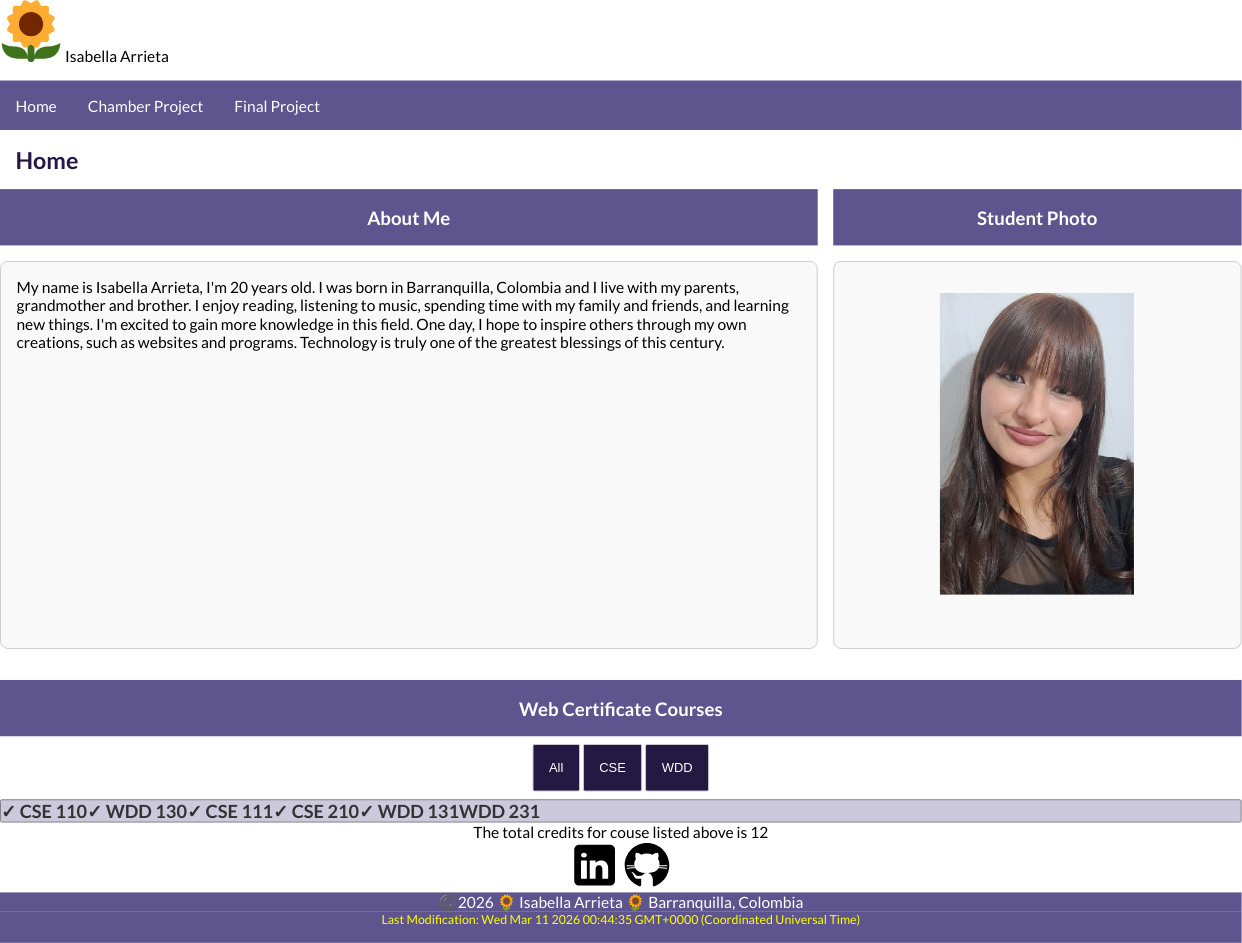
Repository: isaAJ05/wdd231
Page: index.html
These files come from the project's save history. The page is drawn as it stood at one moment and after the next save; the edit follows.
The browser window is 1280 px wide. The pictures show the whole page, at 97% of full size.
Some web fonts or font styles are not loaded; a fallback is used.

Above is the page before, as saved 2026-03-11 01:03:36.

### index.html
<!DOCTYPE html>
<html lang="en">
<head>
    <meta charset="UTF-8">
    <meta name="viewport" content="width=device-width, initial-scale=1.0">
    <title>WDD 231 – Web Frontend Development I – Isabella Arrieta</title>
    <meta name="description" content="WDD 231 – Web Frontend Development I Isabella Arrieta, This is a page about me">
    <meta name="author" content="Isabella Arrieta">
    <link rel="stylesheet" href="styles/normalize.css">
    <link rel="preconnect" href="https://fonts.googleapis.com">
    <link rel="preconnect" href="https://fonts.gstatic.com" crossorigin>
    <link href="https://fonts.googleapis.com/css2?family=Lato:ital,wght@0,100;0,300;0,400;0,700;0,900;1,100;1,300;1,400;1,700;1,900&family=Open+Sans:ital,wght@0,300..800;1,300..800&family=Play:wght@400;700&family=Raleway:ital,wght@0,100..900;1,100..900&display=swap" rel="stylesheet">
    <script src="scripts/getdates.js" defer></script>
    <script src="scripts/hamburguer.js" defer></script>
    <script src="scripts/courses.js" defer></script>
</head>
<body>
    <header>
        <div class="title">
            <img src="images/sunflower-svgrepo-com.svg" alt="Isabella Arrieta logo">
            <span>Isabella Arrieta</span>
        </div>
        <button id="menu" aria-label="Open menu"></button>
        <nav>
            <ul class="navigation">
			<li><a href="index.html">Home</a></li>
			<li><a href="#" class="chamber">Chamber Project</a></li>
			<li><a href="#" class="final">Final Project</a></li>
		</ul>
        </nav>
    </header>
    <main>
        <h1>Home</h1>
        <section>
         <div class="rectangle">
            <h2>About Me</h2>
            </div>
        <div class="card">
            <p>My name is Isabella Arrieta, I'm 20 years old. I was born in Barranquilla, Colombia and I live with my parents, grandmother and brother. I enjoy reading, listening to music, spending time with my family and friends, and learning new things. I'm excited to gain more knowledge in this field. One day, I hope to inspire others through my own creations, such as websites and programs. Technology is truly one of the greatest blessings of this century.</p>
        </div>
        </section>
        <section>
            <div class="rectangle">
                <h2>Student Photo</h2>
            </div>
            <div class="card">
                <img src="images/isa.jpg" alt="Isabella Arrieta picture">
            </div>
        </section>
        <section>
            <div class="rectangle">
                <h2>Web Certificate Courses</h2>
            </div>
            <div class="course-buttons">
                <button id="all">All</button>
                <button id="cse">CSE</button>
                <button id="wdd">WDD</button>
            </div>
            <div id="courses"></div>
            <p>The total credits for couse listed above is <span id="totalCredits"></span></p>

        </section>
    </main>
    <footer>
        <div class ="icons">
                <a href="https://www.linkedin.com/in/isabella-arrieta/" target="_blank"><img src="images/icons8-linkedin.svg" alt="LinkedIn icon"></a>
                <a href="https://github.com/isaaj05" target="_blank"><img src="images/icons8-github.svg" alt="GitHub icon"></a>
        </div>
        <p>
            ©️<span id="currentyear"></span> 🌻 Isabella Arrieta 🌻 Barranquilla, Colombia
        </p>
        <p class="last-modified">
            <span id="lastModified"></span>
        </p>
    </footer>

</body>
</html>

### styles/normalize.css
:root {
    --primary-color: #231942;
    --secondary-color: #5e548e;
    --font: "Lato", sans-serif;
}
* {
	margin: 0;
	padding: 0;
	box-sizing: border-box;
}
body{
	font-family: var(--font);
}
h1 {
	text-align: left;
	color: var(--primary-color);
	font-size: 1.5rem;
	margin-left: 1rem;
	position: left;
}

h2 {
	font-size: 1.2rem;
	color: #fff;
	text-align: center;
	margin: 1rem;
	}
header {
    position: relative;

}
nav {
	margin: 1rem auto;
}

/* small view navigation */
#menu {
	font-size: 1.5rem;
	border: 0;
	background: none;
	color: #000;
 	position: absolute;
  top: 1rem;
	right: 1rem;
}

#menu::before {
	content: "☰";
}

#menu.open::before {
	content: "✖️";
}

.navigation {
	display: flex;
	flex-direction: column;
	list-style: none;
	background-color: var(--secondary-color);
	color: #fff;
}

.navigation a {
	display: none;
	padding: 1rem;
	text-align: center;
	text-decoration: none;
	color: #fff;
}
.navigation a:hover {
	background-color: #bbb;
	color: #333;
	font-weight: 700;
}

/* when the button is clicked - the open class is toggled (added/removed) */
.open a {
	display: block;
}

.active::before {
	content: "📍";  /* just a wayfinding symbol for the user */
}

.card {
	border: 1px solid #ccc;
	border-radius: 8px;
	padding: 1rem;
	margin: 1rem auto;
	height: 400px;
	background-color: #f9f9f9;
}


.rectangle{
	padding: 0.1rem;
	background-color: var(--secondary-color);

}

.card img{
	width: 200px;
	height: auto;
	display: block;
	margin: 1rem auto;
}
#all, #cse , #wdd {
	background-color: var(--primary-color);
	color: #fff;
	cursor: pointer;
	border: 1px solid #ccc;
	border-radius: 2px;
	padding:  1rem;
	margin-top: 0.5rem;
	margin-bottom: 0.5rem;

}

#all:hover, #cse:hover , #wdd:hover {
	background-color: #ccc9dc;
    cursor: pointer;
	border: 1px solid gray;
	border-radius: 2px;
	color: #333;
	font-weight: 700;
}
#courses{
	display: flex;

	background-color: #ccc9dc;
    cursor: pointer;
	border: 1px solid gray;
	border-radius: 2px;
	color: #333;
	font-weight: 700;
	max-height: 75px;
}
footer {
    color:  #fff;
    text-align: center;
}
footer p {
    background: var(--secondary-color);
}
.last-modified {
    font-size: 0.8rem;
    color: yellow;
	padding-bottom: 1rem;
}

/* large view navigation ************************************/
@media (min-width: 37.5em) {

	 main {
        display: grid;
        grid-template-columns: 2fr 1fr;
        gap: 1rem;

    }

    main h1 {
        grid-column: 1 / -1;
    }

	main section:last-of-type {
    grid-column: 1 / -1;
	text-align: center;
    }

	#menu {
		display: none; /* hide hamburger button */
	}

	.navigation {
		flex-direction: row;
	}

	.navigation a {
		display: block;
		flex: 1 1 100%;
	}

}

### scripts/getdates.js
const year = document.querySelector("#currentyear");
const today = new Date();
year.innerHTML = `<span class="highlight">${today.getFullYear()}</span>`;
const lastMod = document.querySelector("#lastModified");
let oLastModif = new Date(document.lastModified);
lastMod.innerHTML = `Last Modification: <span class="highlight">${oLastModif}</span>`;

### scripts/hamburguer.js
const hamButton = document.querySelector('#menu');
const navigation = document.querySelector('.navigation');
const title = document.querySelector('.title');

hamButton.addEventListener('click', () => {
	navigation.classList.toggle('open');
    hamButton.classList.toggle('open');
    title.classList.toggle('open');
});

### scripts/courses.js
// here we select the elements we need to interact with
const courseContainer = document.querySelector("#courses"); // container for the course cards
const totalCredits = document.querySelector("#totalCredits"); // element to display total credits
// buttons to filter courses
const allBtn = document.querySelector("#all");
const cseBtn = document.querySelector("#cse");
const wddBtn = document.querySelector("#wdd");
// array given by the university with all the courses in the web certificate program
const courses = [
    {
        subject: 'CSE',
        number: 110,
        title: 'Introduction to Programming',
        credits: 2,
        certificate: 'Web and Computer Programming',
        description: 'This course will introduce students to programming. It will introduce the building blocks of programming languages (variables, decisions, calculations, loops, array, and input/output) and use them to solve problems.',
        technology: [
            'Python'
        ],
        completed: true
    },
    {
        subject: 'WDD',
        number: 130,
        title: 'Web Fundamentals',
        credits: 2,
        certificate: 'Web and Computer Programming',
        description: 'This course introduces students to the World Wide Web and to careers in web site design and development. The course is hands on with students actually participating in simple web designs and programming. It is anticipated that students who complete this course will understand the fields of web design and development and will have a good idea if they want to pursue this degree as a major.',
        technology: [
            'HTML',
            'CSS'
        ],
        completed: true
    },
    {
        subject: 'CSE',
        number: 111,
        title: 'Programming with Functions',
        credits: 2,
        certificate: 'Web and Computer Programming',
        description: 'CSE 111 students become more organized, efficient, and powerful computer programmers by learning to research and call functions written by others; to write, call , debug, and test their own functions; and to handle errors within functions. CSE 111 students write programs with functions to solve problems in many disciplines, including business, physical science, human performance, and humanities.',
        technology: [
            'Python'
        ],
        completed: true
    },
    {
        subject: 'CSE',
        number: 210,
        title: 'Programming with Classes',
        credits: 2,
        certificate: 'Web and Computer Programming',
        description: 'This course will introduce the notion of classes and objects. It will present encapsulation at a conceptual level. It will also work with inheritance and polymorphism.',
        technology: [
            'C#'
        ],
        completed: true
    },
    {
        subject: 'WDD',
        number: 131,
        title: 'Dynamic Web Fundamentals',
        credits: 2,
        certificate: 'Web and Computer Programming',
        description: 'This course builds on prior experience in Web Fundamentals and programming. Students will learn to create dynamic websites that use JavaScript to respond to events, update content, and create responsive user experiences.',
        technology: [
            'HTML',
            'CSS',
            'JavaScript'
        ],
        completed: true
    },
    {
        subject: 'WDD',
        number: 231,
        title: 'Frontend Web Development I',
        credits: 2,
        certificate: 'Web and Computer Programming',
        description: 'This course builds on prior experience with Dynamic Web Fundamentals and programming. Students will focus on user experience, accessibility, compliance, performance optimization, and basic API usage.',
        technology: [
            'HTML',
            'CSS',
            'JavaScript'
        ],
        completed: false
    }
]
// function to display the courses on the page
function displayCourses(courseList) {
    courseContainer.innerHTML = ""; // clear the container before adding new courses

    courseList.forEach(course => {
        const card = document.createElement("div"); // create a card for each course
        card.classList.add("course-card");

        if (course.completed) {
            card.classList.add("completed");// add a class to indicate the course is completed
        }

        card.innerHTML = `
            <h3>${course.completed ? '✓' : ''} ${course.subject} ${course.number}</h3>
        `;

        courseContainer.appendChild(card); // add the card to the container
    });

    calculateCredits(courseList);
}
function calculateCredits(courseList) {
    const total = courseList.reduce((sum, course) => sum + course.credits, 0); // calculate the total credits by summing the credits of all courses in the list
    totalCredits.textContent = total;
}

allBtn.addEventListener("click", () => {
    displayCourses(courses);
});

cseBtn.addEventListener("click", () => {
    const cseCourses = courses.filter(course => course.subject === "CSE");
    displayCourses(cseCourses);
});

wddBtn.addEventListener("click", () => {
    const wddCourses = courses.filter(course => course.subject === "WDD");
    displayCourses(wddCourses);
});

displayCourses(courses);

After the next save:
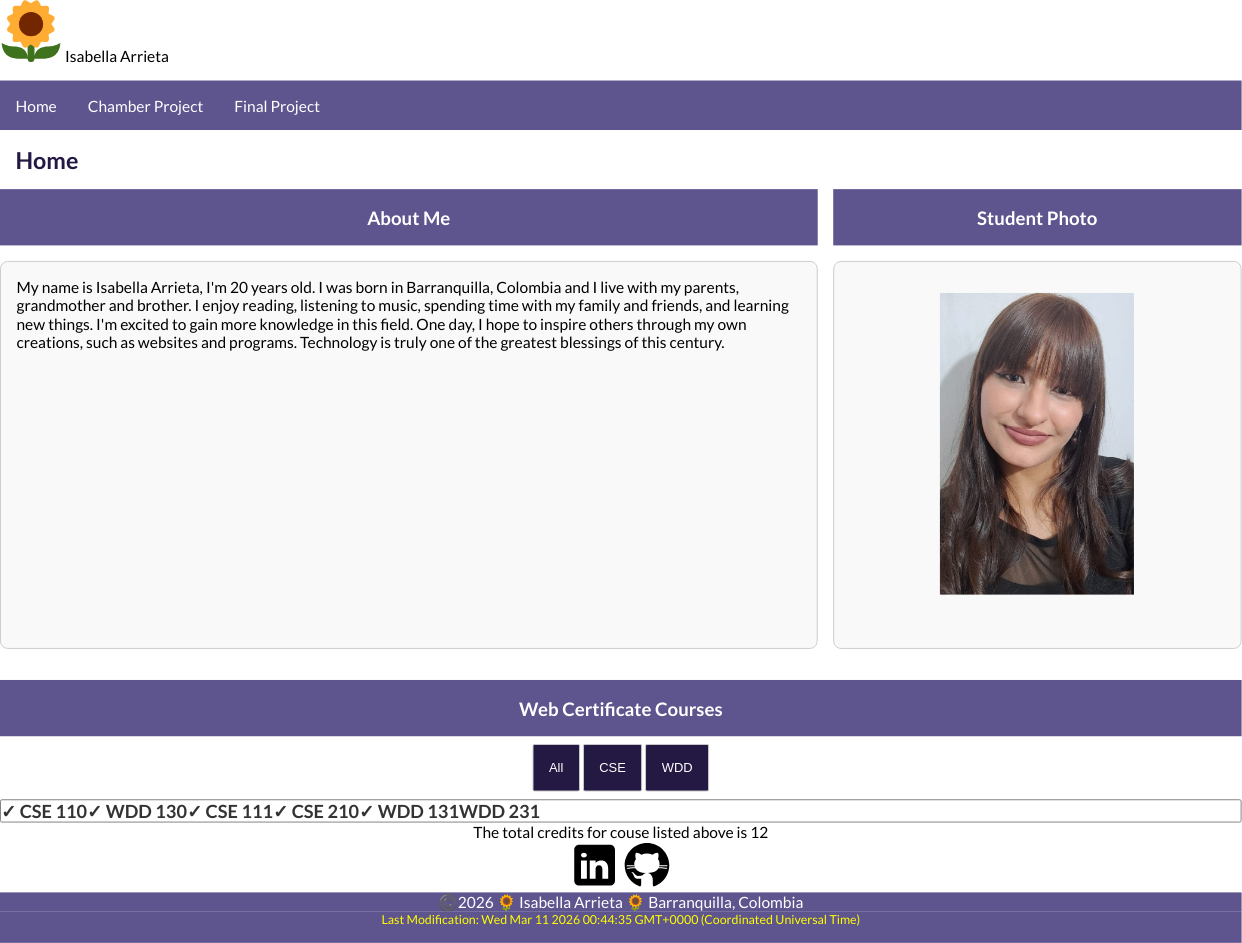
Saved 6 s later.
--- a/styles/normalize.css
+++ b/styles/normalize.css
@@ -126,7 +126,7 @@
 }
 #courses{
 	display: flex;
-
+	grid
 	background-color: #ccc9dc;
     cursor: pointer;
 	border: 1px solid gray;

After the 3 saves that followed:
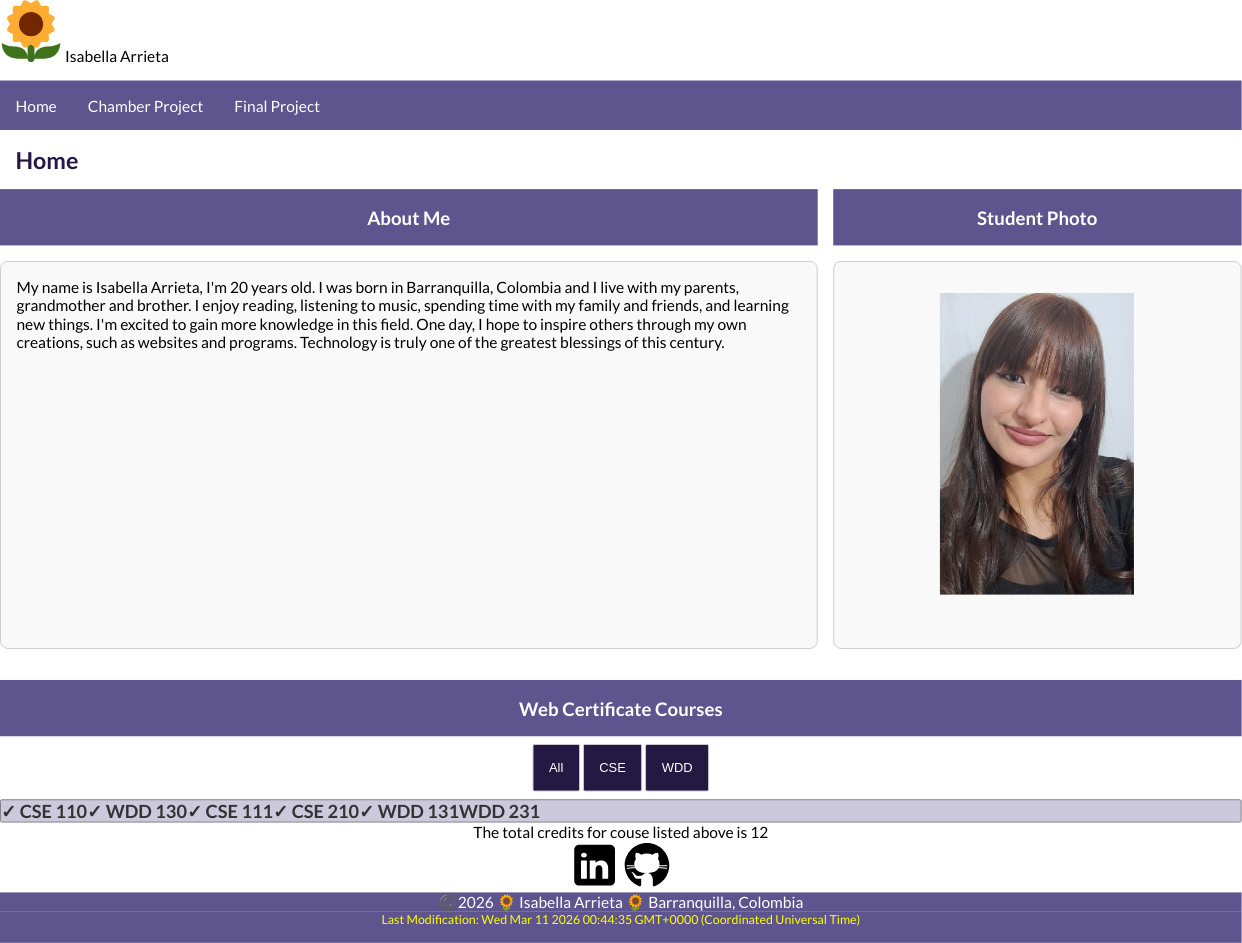
The 3 saves are shown as one change because they came seconds apart.
The last was saved 8 s later.
--- a/styles/normalize.css
+++ b/styles/normalize.css
@@ -126,7 +126,7 @@
 }
 #courses{
 	display: flex;
-	grid
+	grid-template-columns: 1fr 1fr 1fr;
 	background-color: #ccc9dc;
     cursor: pointer;
 	border: 1px solid gray;
